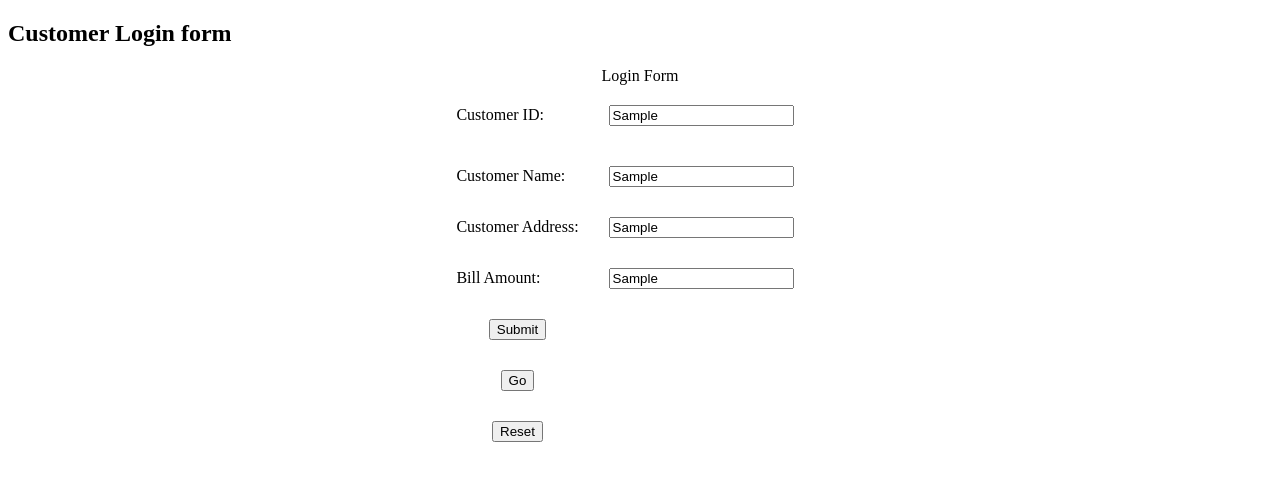
Repository: abhishek110597/Deloitte
Page: Workspace/JavaTraining/CustomerForm.html
The author's editor kept a copy of each file at every save. The page is drawn from the files as they stood at one save, then again after the next save.
The browser window is 1280 px wide. The pictures show the whole page.
Empty fields were first filled with sample values (such as "Sample", 5 or name@example.com).
After loading, the first visible `#Go` was clicked once.

Above is the page before, as saved 2019-12-30 08:44:04.

### Workspace/JavaTraining/CustomerForm.html
<!DOCTYPE html>
<html>
<head>
<meta charset="ISO-8859-1">
<title>Customer login form</title>
<script type="text/javascript">
function validate(){
	var customerId=document.getElementById("customerId").value
	var customerName=document.getElementById("customerName").value
	var customerAddress=document.getElementById("customerAddress").value
	var billAmount=document.getElementById("billAmount").value
	var errorCustomerId=document.getElementById("errorCustomerId")
	var errorCustomerName=document.getElementById("errorCustomerName")
	var errorCustomerAddress=document.getElementById("errorCustomerAddress")
	var errorbillAmount=document.getElementById("errorbillAmount")

	if(customerId==0||customerId.length<6){
		errorCustomerId.innerHTML="<font color='red'>Invalid CustomerID, Must have atleast 6 characters"
	}
	else
		errorCustomerId.innerHTML=""
}
</script>
</head>
<body>
<form>
<h2>Customer Login form</h2>
<table cellspacing="10" cellpadding="10" border="0" align="center">
<caption>Login Form</caption>
<tr>
<td>Customer ID:</td><td><input type="text" name="customerId" id="customerId"/></td><td><span id="errorCustomerId"></span></td>
</tr>
<tr>
<tr>
<td>Customer Name:</td><td><input type="text" name="customerName" id="customerName"/></td><td><span id="errorCustomerName"></span></td>
</tr>
<tr>
<td>Customer Address:</td><td><input type="text" name="customerAddress" id="customerAddress"/></td><td><span id="errorCustomerAddress"></span></td>
</tr>
<tr>
<td>Bill Amount:</td><td><input type="text" name="billAmount" id="billAmount"/></td><td><span id="errorbillAmount"></span></td>
</tr>
<tr>
<td align="center"><input type="submit" value="Submit" id="submit"/></td>
</tr>
<tr>
<td align="center"><input type="button" value="Go" id="Go" onclick="validate()"/></td>
</tr>
<tr>
<td align="center"><input type="reset"  id="reset"/></td>
</tr>
</table>
</form>
</body>
</html>

After the next save:
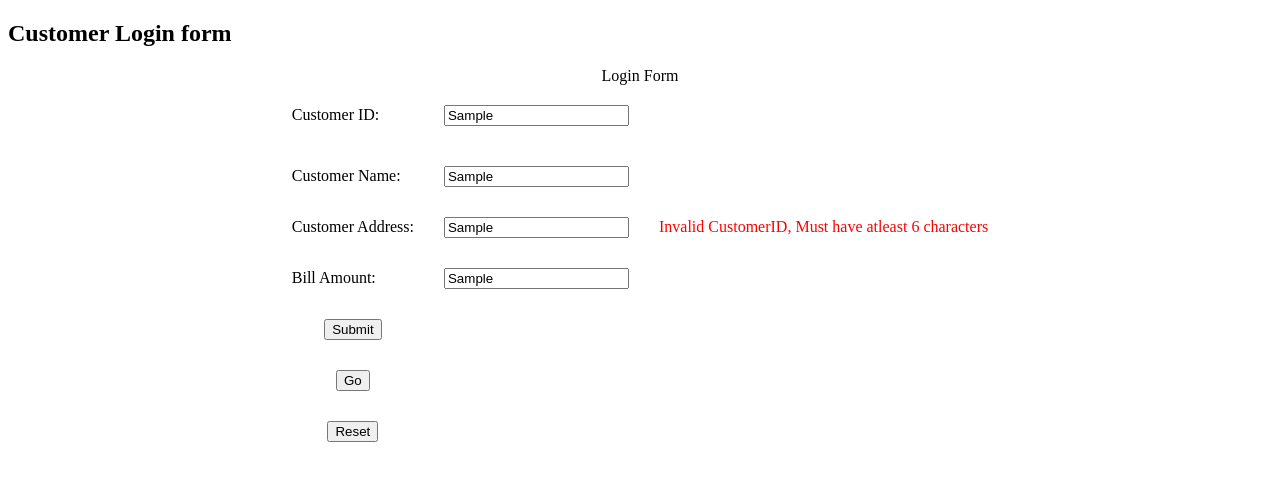
Saved 2 min 44 s later.
--- a/Workspace/JavaTraining/CustomerForm.html
+++ b/Workspace/JavaTraining/CustomerForm.html
@@ -19,6 +19,17 @@ function validate(){
 	}
 	else
 		errorCustomerId.innerHTML=""
+	if(customerAddress=="Pune"||customerAddress=="Mumbai"||customerAddress=="Delhi"){
+		errorCustomerAddress.innerHTML=""
+	}
+			else
+				errorCustomerAddress.innerHTML="<font color='red'>Invalid CustomerID, Must have atleast 6 characters"
+
+	if(customerId==0||customerId.length<6){
+						errorCustomerId.innerHTML="<font color='red'>Invalid CustomerID, Must have atleast 6 characters"
+					}
+					else
+						errorCustomerId.innerHTML=""
 }
 </script>
 </head>
